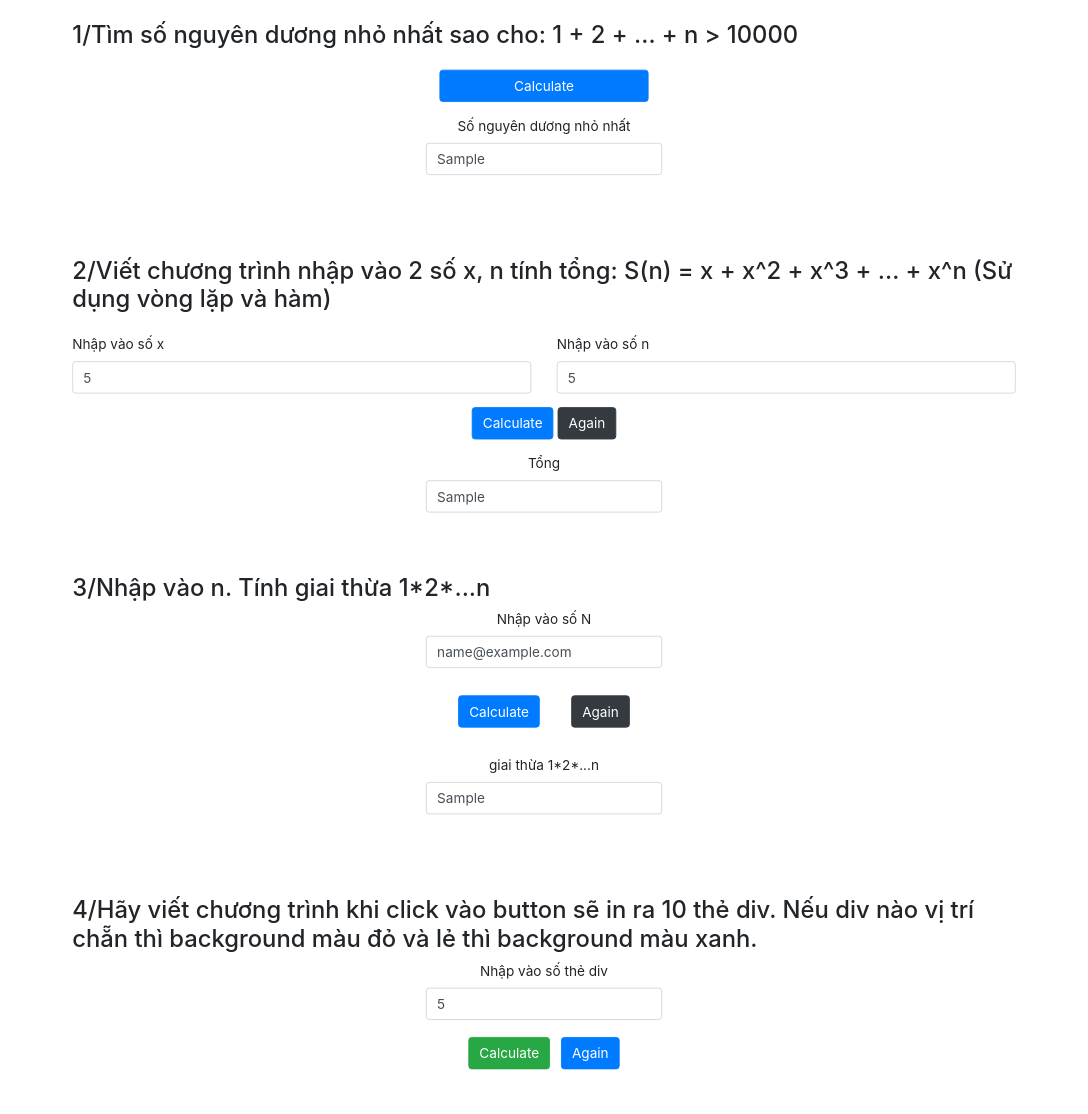
Repository: baobaodeveloper/bootcamp21__loop__HuynhAnhBao
Page: index.html
These files come from the project's save history. The page is drawn as it stood at one moment and after the next save; the edit follows.
The browser window is 1280 px wide. The pictures show the whole page, at 85% of full size.
Empty fields were first filled with sample values (such as "Sample", 5 or name@example.com).
After loading, the first visible `#creat-div-again` was clicked once.

Above is the page before, as saved 2022-03-17 19:39:22.

### index.html
<!DOCTYPE html>
<html lang="en">
  <head>
    <title>Exercise Js</title>
    <!-- Required meta tags -->
    <meta charset="utf-8" />
    <meta
      name="viewport"
      content="width=device-width, initial-scale=1, shrink-to-fit=no"
    />

    <!-- Bootstrap CSS -->
    <link
      rel="stylesheet"
      href="https://stackpath.bootstrapcdn.com/bootstrap/4.3.1/css/bootstrap.min.css"
      integrity="sha384-ggOyR0iXCbMQv3Xipma34MD+dH/1fQ784/j6cY/iJTQUOhcWr7x9JvoRxT2MZw1T"
      crossorigin="anonymous"
    />
  </head>
  <body>
    <!--1/Tìm số nguyên dương nhỏ nhất sao cho:
    1 + 2 + … + n > 10000-->
    <div class="container mt-4">
      <h3>1/Tìm số nguyên dương nhỏ nhất sao cho: 1 + 2 + … + n > 10000</h3>
      <div class="mb-3 flex-md-column d-flex w-25 m-auto text-center">
        <button type="button" id="min-number" class="btn btn-primary m-3">
          Calculate
        </button>
        <label class="form-label">Số nguyên dương nhỏ nhất</label>
        <input
          type="text"
          class="form-control"
          id="result1"
          placeholder="Số nguyên dương nhỏ nhất"
        />
      </div>
    </div>

    <!--2/Viết chương trình nhập vào 2 số x, n tính tổng: S(n) = x + x^2 + x^3 + … + x^n (Sử
    dụng vòng lặp và hàm)-->
    <div class="container mt-5 pt-5">
      <h3>
        2/Viết chương trình nhập vào 2 số x, n tính tổng: S(n) = x + x^2 + x^3 +
        … + x^n (Sử dụng vòng lặp và hàm)
      </h3>
      <div class="row mt-4">
        <div class="col">
          <label class="form-label">Nhập vào số x</label>
          <input
            type="number"
            class="form-control"
            placeholder="Enter number x"
            id="number-x"
          />
        </div>
        <div class="col">
          <label class="form-label">Nhập vào số n</label>
          <input
            type="number"
            class="form-control"
            placeholder="Enter number n"
            id="number-n"
          />
        </div>
      </div>

      <div class="m-3 text-center">
        <button type="button" id="calculate-sum" class="btn btn-primary">
          Calculate
        </button>
        <button type="button" id="calculate-sum-again" class="btn btn-dark">
          Again
        </button>
      </div>

      <div class="w-25 m-auto text-center">
        <label class="form-label">Tổng</label>
        <input
          type="text"
          class="form-control"
          id="result2"
          placeholder="Sum"
        />
      </div>
    </div>

    <!--3/Nhập vào n. Tính giai thừa 1*2*...n-->
    <div class="container mt-4 pt-5">
      <h3>3/Nhập vào n. Tính giai thừa 1*2*...n</h3>
      <div class="w-25 m-auto text-center">
        <label class="form-label">Nhập vào số N</label>
        <input
          type="email"
          class="form-control"
          id="num-enter"
          placeholder="Enter number n"
        />
      </div>
      <div class="mb-3 flex-md-column d-flex w-25 m-auto text-center">
        <div class="m-3">
          <button
            type="button"
            id="calculate-num-n"
            class="btn btn-primary m-3"
          >
            Calculate
          </button>
          <button
            type="button"
            id="calculate-num-n-again"
            class="btn btn-dark m-3"
          >
            Again
          </button>
        </div>
        <label class="form-label">giai thừa 1*2*...n</label>
        <input
          type="text"
          class="form-control"
          id="result3"
          placeholder="giai thừa 1*2*...n"
        />
      </div>
    </div>

    <!--4/Hãy viết chương trình khi click vào button sẽ in ra 10 thẻ div. Nếu div nào vị trí chẵn thì
    background màu đỏ và lẻ thì background màu xanh.-->
    <div class="container mt-5 pt-5">
      <h3>
        4/Hãy viết chương trình khi click vào button sẽ in ra 10 thẻ div. Nếu
        div nào vị trí chẵn thì background màu đỏ và lẻ thì background màu xanh.
      </h3>
      <div class="mb-3 flex-md-column d-flex w-25 m-auto text-center">
        <label class="form-label">Nhập vào số thẻ div</label>
        <input
          type="number"
          class="form-control"
          id="number-div"
          placeholder="Nhập vào số thẻ div"
        />
      </div>
      <div class="text-center mt-3">
        <button type="button" id="creat-div" class="btn btn-success m-1">
          Calculate
        </button>
        <button type="button" id="creat-div-again" class="btn btn-primary m-1">
          Again
        </button>
      </div>
      <div
        id="result4"
        class="mt-5 d-flex flex-column justify-content-center align-items-center"
      ></div>
    </div>

    <!-- Optional JavaScript -->
    <!-- jQuery first, then Popper.js, then Bootstrap JS -->
    <script
      src="https://code.jquery.com/jquery-3.3.1.slim.min.js"
      integrity="sha384-q8i/X+965DzO0rT7abK41JStQIAqVgRVzpbzo5smXKp4YfRvH+8abtTE1Pi6jizo"
      crossorigin="anonymous"
    ></script>
    <script
      src="https://cdnjs.cloudflare.com/ajax/libs/popper.js/1.14.7/umd/popper.min.js"
      integrity="sha384-UO2eT0CpHqdSJQ6hJty5KVphtPhzWj9WO1clHTMGa3JDZwrnQq4sF86dIHNDz0W1"
      crossorigin="anonymous"
    ></script>
    <script
      src="https://stackpath.bootstrapcdn.com/bootstrap/4.3.1/js/bootstrap.min.js"
      integrity="sha384-JjSmVgyd0p3pXB1rRibZUAYoIIy6OrQ6VrjIEaFf/nJGzIxFDsf4x0xIM+B07jRM"
      crossorigin="anonymous"
    ></script>

    <!-- <script src="exercise1.js"></script> -->
    <!-- <script src="exercise2.js"></script> -->
    <!-- <script src="exercise3.js"></script> -->
    <script src="exercise4.js"></script>
  </body>
</html>

### exercise4.js
const numDiv = document.getElementById("number-div");
const result4 = document.getElementById("result4");

document.getElementById("creat-div").addEventListener("click", () => {
  if (!numDiv.value) return;

  const numDivValue = +numDiv.value;
  const redDiv = `<div style="height: 50px; width: 200px; background-color: red ; margin: 10px 0"></div>`;
  const blueDiv = `<div style="height: 50px; width: 200px; background-color: blue;"></div>`;

  for (let i = 1; i <= numDivValue; i++) {
    if (i % 2 === 0) {
      result4.insertAdjacentHTML("afterbegin", redDiv);
    } else {
      result4.insertAdjacentHTML("afterbegin", blueDiv);
    }
  }
});

document.getElementById("creat-div-again").addEventListener("click", () => {
  result4.innerHTML = "";
});

After the next save:
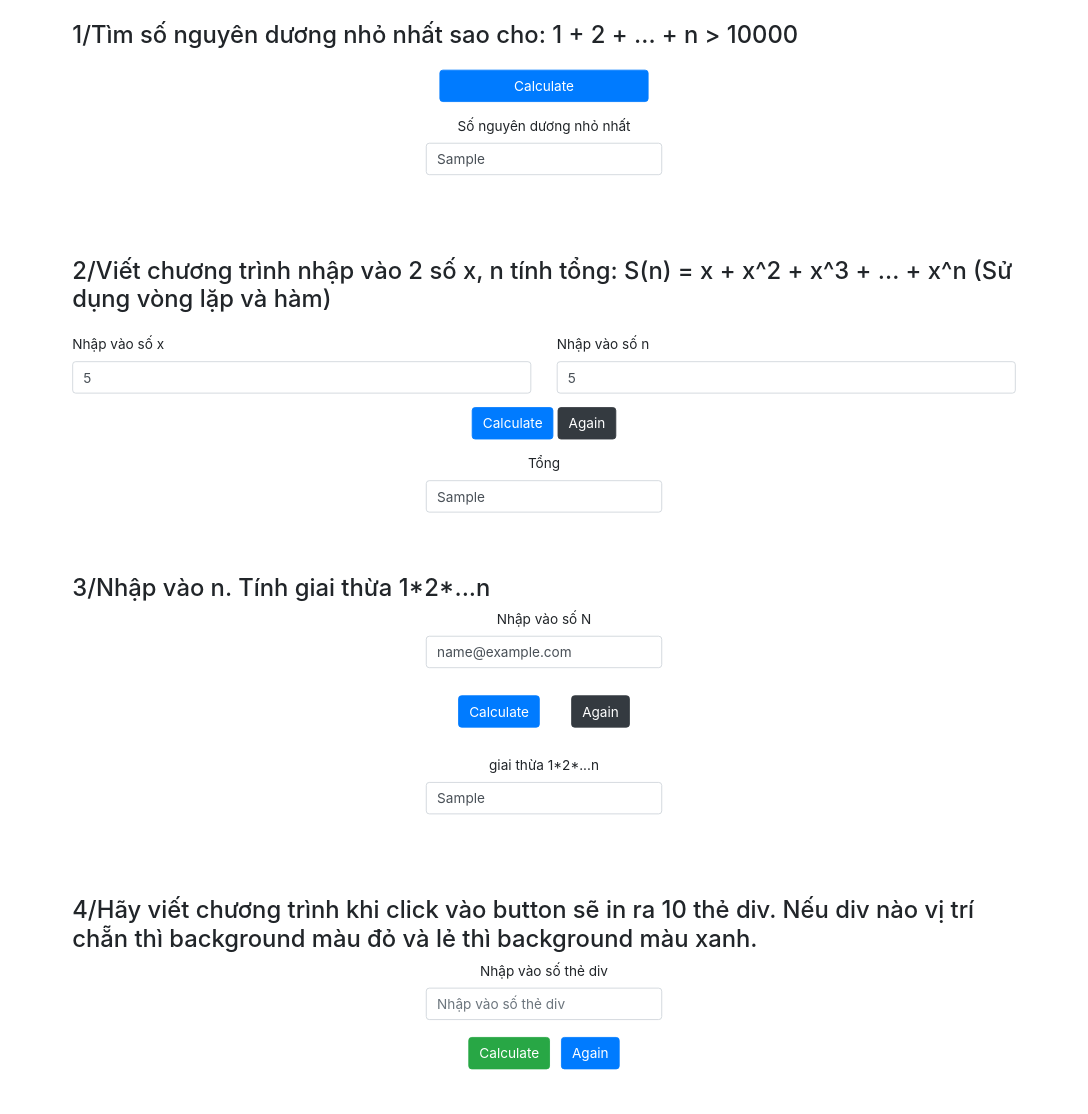
Saved 17 s later.
--- a/exercise4.js
+++ b/exercise4.js
@@ -19,4 +19,5 @@
 
 document.getElementById("creat-div-again").addEventListener("click", () => {
   result4.innerHTML = "";
+  numDiv.value = "";
 });
